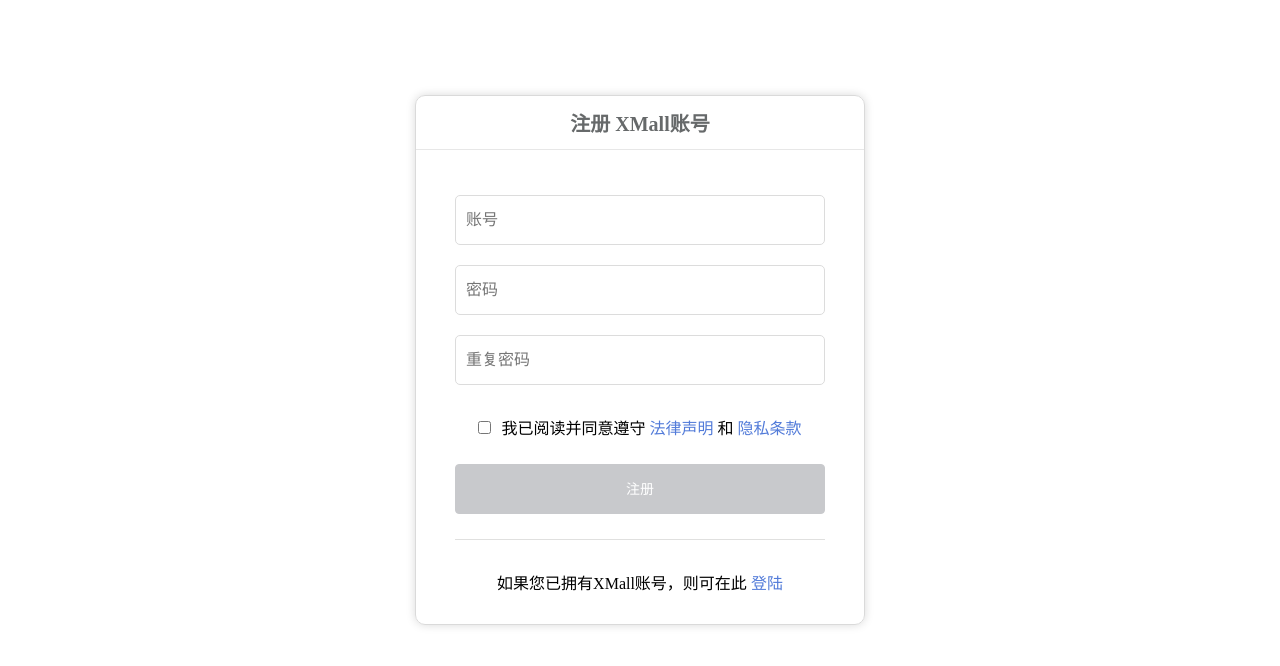
Repository: dingqihui1997/xmall-demo
Page: /register
The author's editor kept a copy of each file at every save. The page is drawn from the files as they stood at one save, then again after the next save.
The browser window is 1280 px wide. The pictures show the whole page.
The project was rebuilt for these pictures with package versions that can differ from the ones it lists, and the page was loaded fresh each time. Also part of the build but not shown: vue.config.js, src/views/Home.vue.

Above is the page before, as saved 2021-06-29 15:42:38.

After the next save:
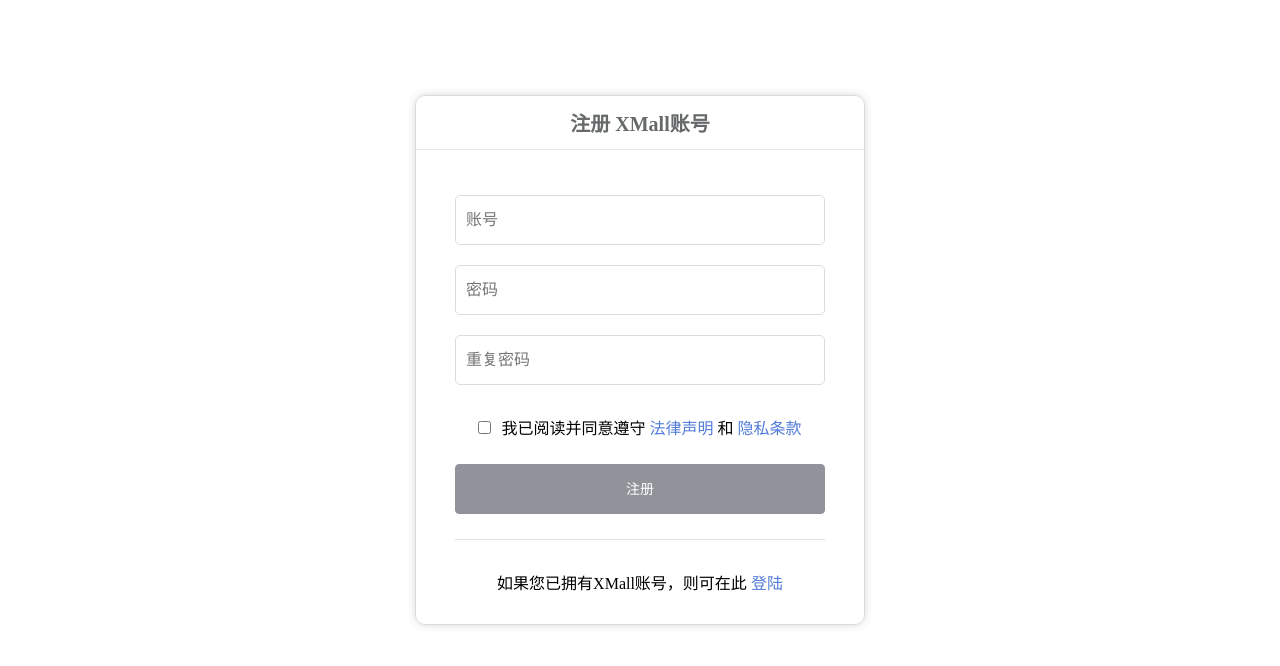
Saved 7 s later.
--- a/src/components/register/Register.vue
+++ b/src/components/register/Register.vue
@@ -21,7 +21,7 @@
         >
       </div>
       <div class="flex-ja regis">
-        <el-button type="info" disabled>注册</el-button>
+        <el-button type="info">注册</el-button>
       </div>
       <div class="flex-ja">
         <div class="bottom flex-ja">
